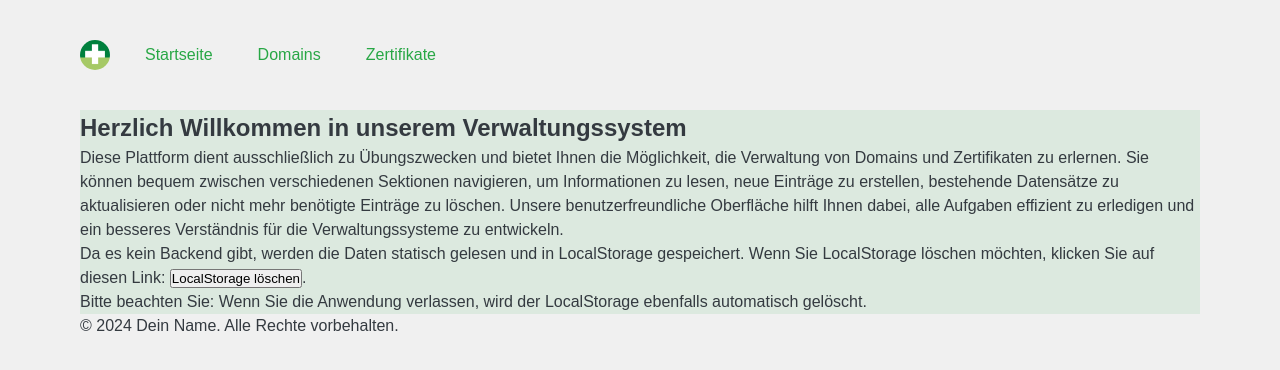
Repository: bajricadmir/verwaltungssystem-vanilla-html-css
Page: index.html
These files come from the project's save history. The page is drawn as it stood at one moment and after the next save; the edit follows.
The browser window is 1280 px wide. The pictures show the whole page.

Above is the page before, as saved 2024-10-14 11:12:54.

After the next save:
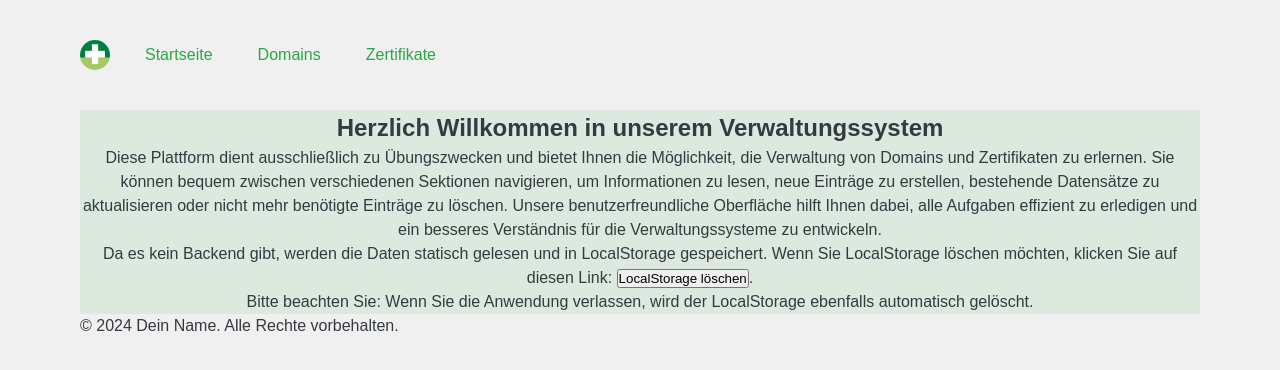
Saved 83 s later.
--- a/style.css
+++ b/style.css
@@ -96,3 +96,7 @@ table {
   margin-top: 40px;
   background-color: rgba(40, 167, 69, 0.1);
 }
+
+section {
+  text-align: center;
+}
